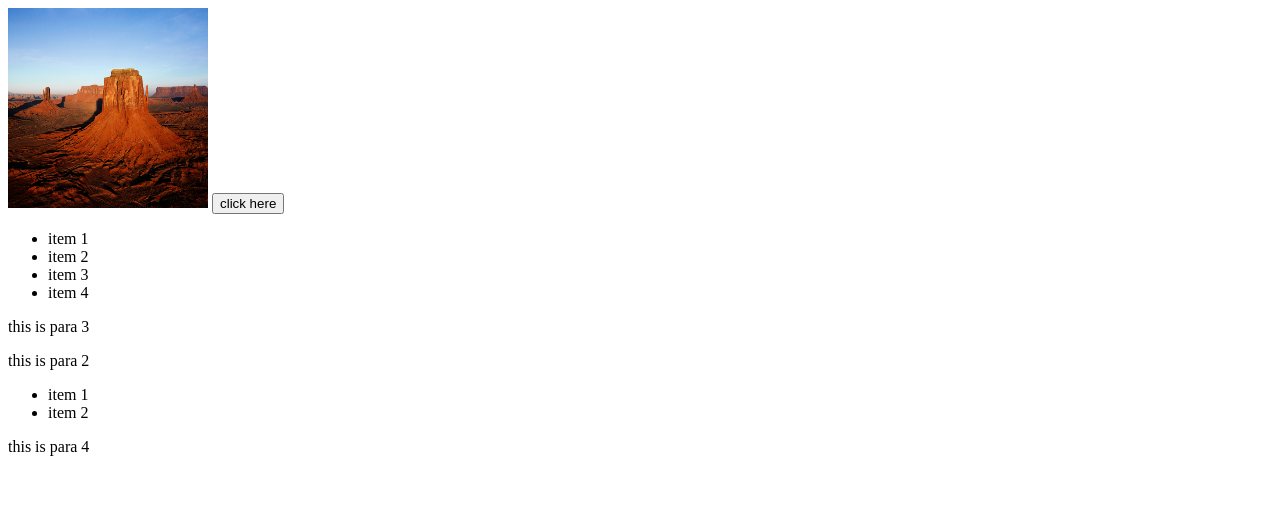
Repository: PoojaShirwaikar/BlockhainTest
Page: javascript/JQueryDemo/WebContent/domManipulation.html
These files come from the project's save history. The page is drawn as it stood at one moment and after the next save; the edit follows.
The browser window is 1280 px wide. The pictures show the whole page.
Some web libraries are served in a nearby version.

Above is the page before, as saved 2017-11-13 05:20:44.

After the next save:
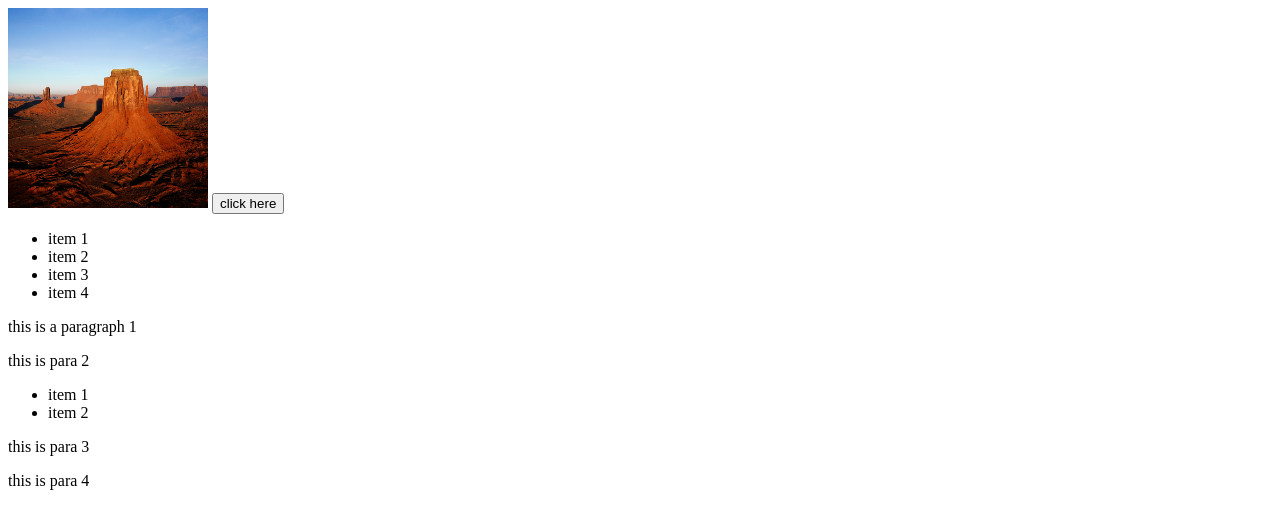
Saved 31 min 30 s later.
--- a/javascript/JQueryDemo/WebContent/domManipulation.html
+++ b/javascript/JQueryDemo/WebContent/domManipulation.html
@@ -30,7 +30,12 @@
 		//$("p").wrapAll("<div style='border: 3px solid blue'></div>");
 		//$("#para1").clone().appendTo("p:last");
 		//$("#para1").replaceWith("<p>new string</p>");
-		$("#para1").replaceWith($('#para3'));
+		//$("#para1").replaceWith($('#para3'));
+
+
+
+
+
 
 	});
 </script>
